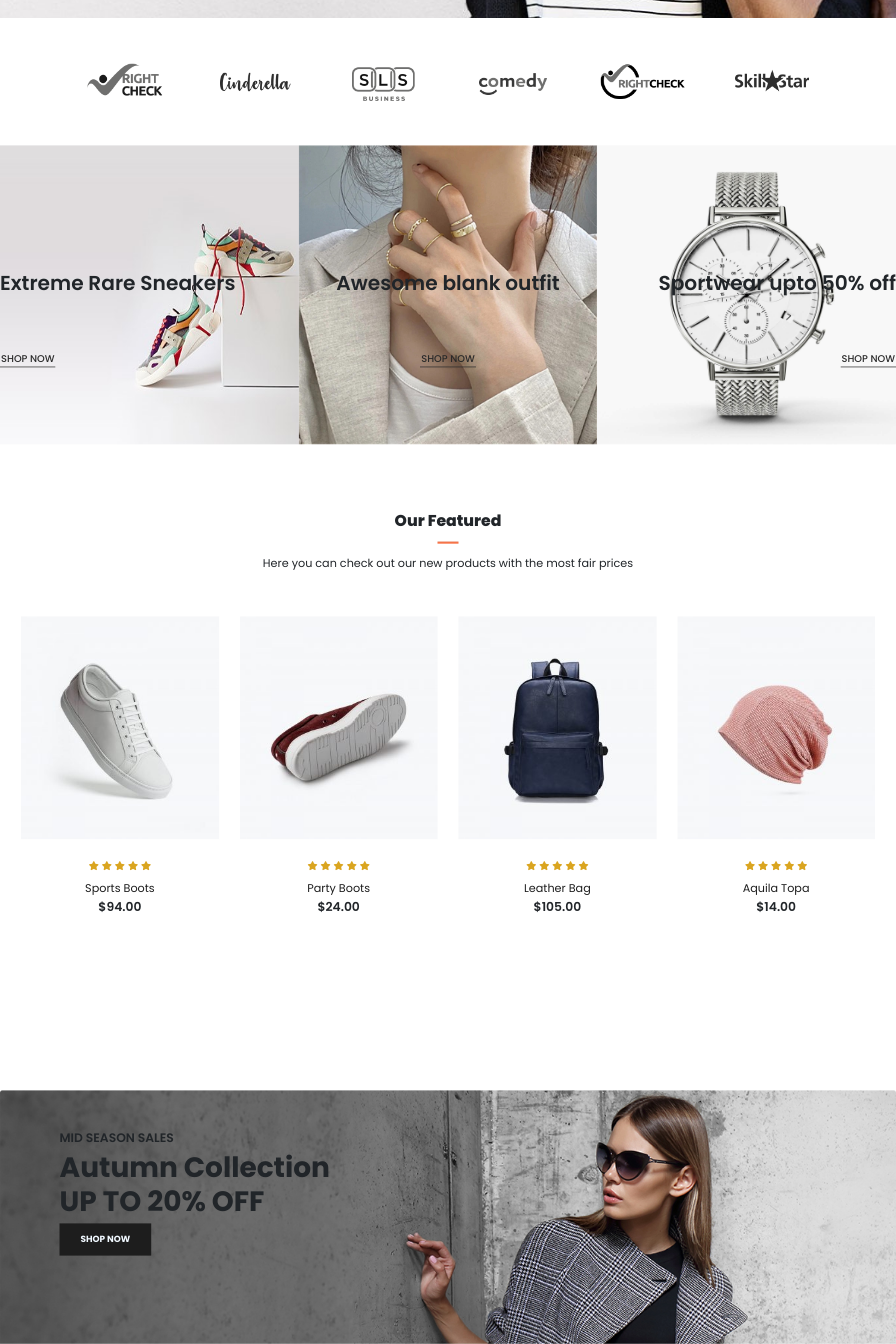
Repository: peter417waweru/e-commerce-UI
Page: index.html
The author's editor kept a copy of each file at every save. The page is drawn from the files as they stood at one save, then again after the next save.
The browser window is 1280 px wide. The pictures show the part of the page from y = 694 to 2614 px (the page is 2614 px tall), at 70% of full size.
Backgrounds fixed to the window are drawn as part of the page. Some web libraries are served in a nearby version.

Above is the page before, as saved 2025-02-07 23:45:04.

After the next save:
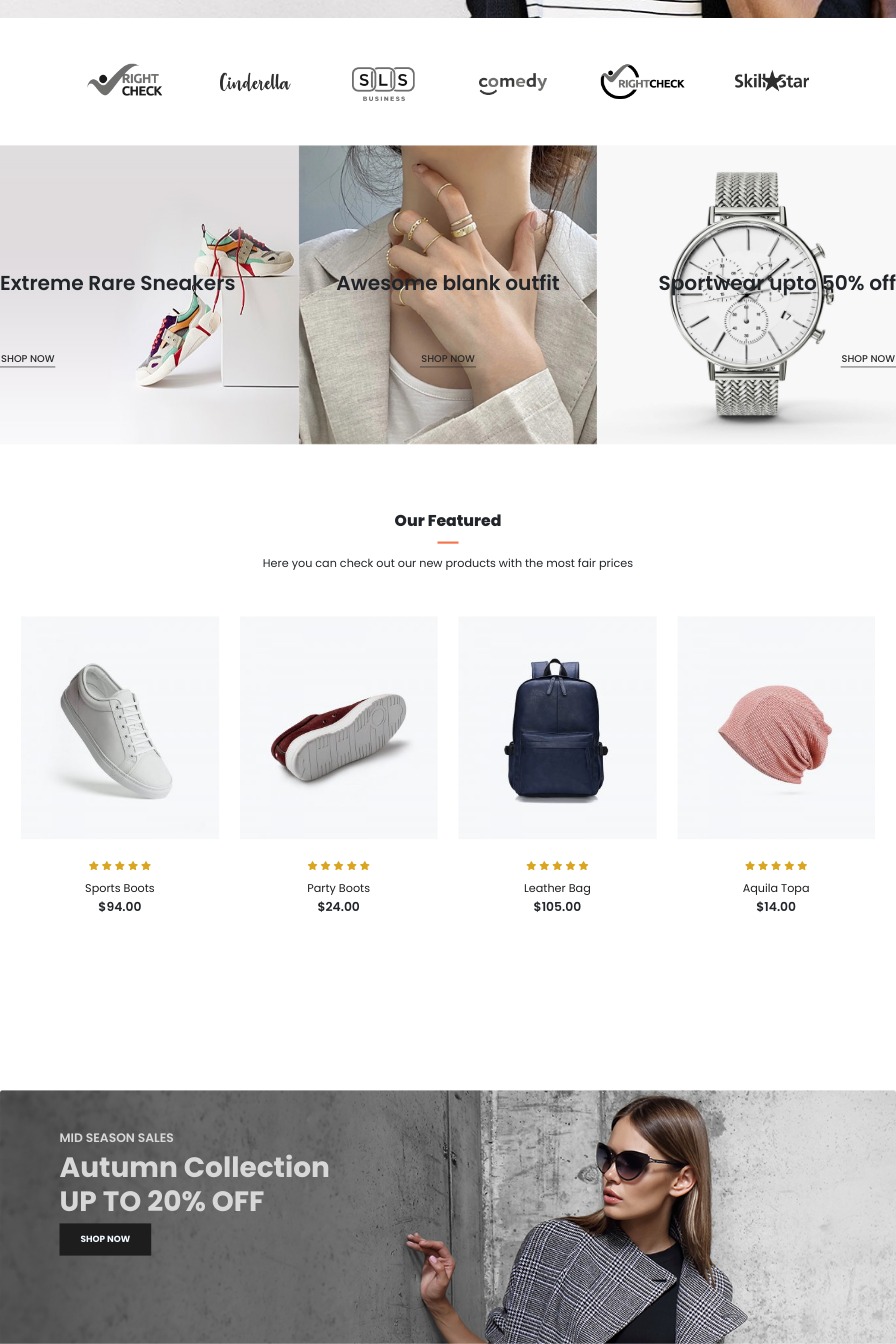
Saved 2 min 4 s later.
--- a/style.css
+++ b/style.css
@@ -277,3 +277,11 @@ hr {
   align-items: flex-start;
   justify-content: center;
 }
+
+#banner h4{
+  color: #D8D8D8;
+}
+
+#banner h1{
+  color: #D8D8D8;
+}
